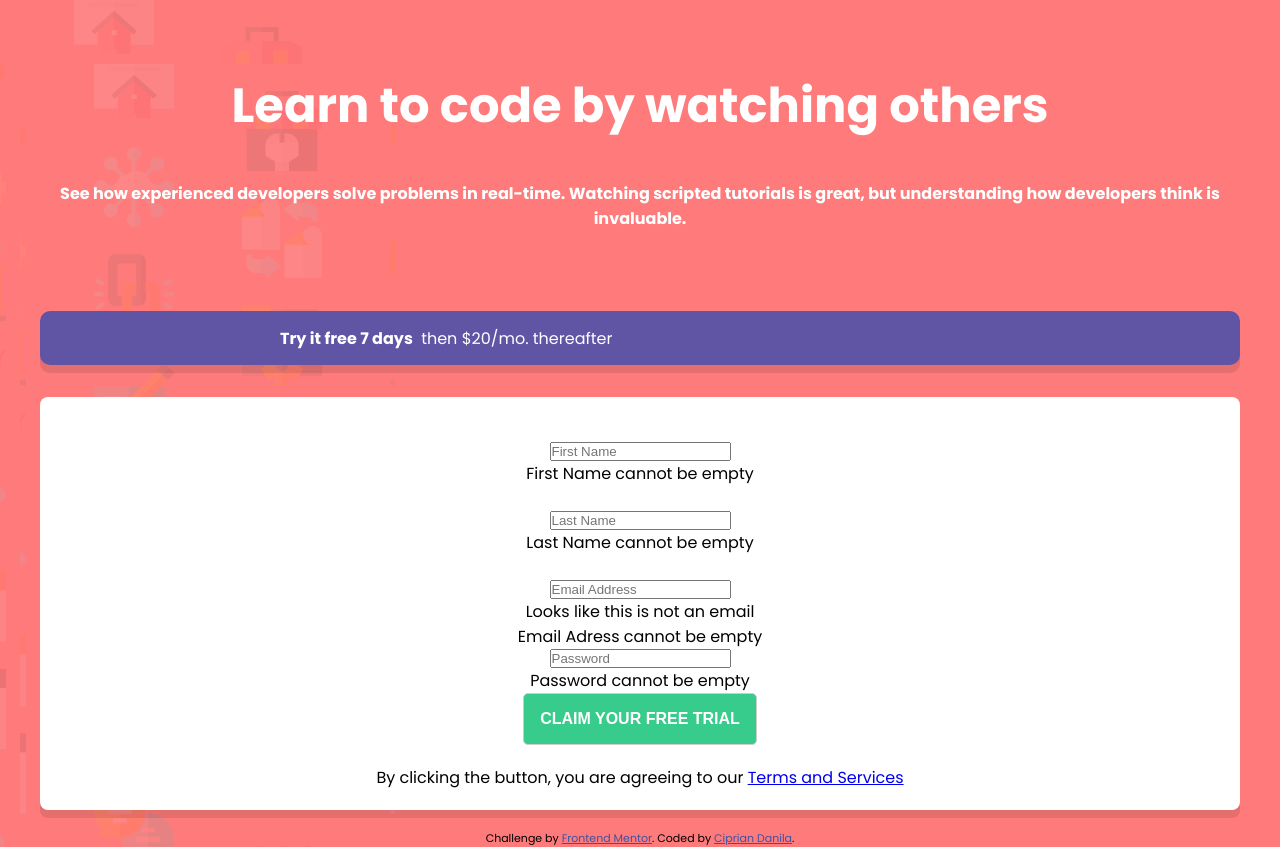
Repository: cipdanila/intro-component-with-sign-up-form
Page: index.html
These files come from the project's save history. The page is drawn as it stood at one moment and after the next save; the edit follows.
The browser window is 1280 px wide. The pictures show the whole page.

Above is the page before, as saved 2024-02-14 19:23:46.

### index.html
<!DOCTYPE html>
<html lang="en">
    <head>
        <meta charset="UTF-8" />
        <meta name="viewport" content="width=device-width, initial-scale=1.0" />
        <!-- displays site properly based on user's device -->

        <link rel="icon" type="image/png" sizes="32x32" href="./images/favicon-32x32.png" />
        <link rel="stylesheet" href="css/styles.css" />
        <title>Frontend Mentor | Intro component with sign up form</title>
    </head>
    <body>
        <main>
            <div class="container">
                <section class="container-info">
                    <h1 class="learn-title">Learn to code by watching others</h1>
                    <p class="intro">
                        See how experienced developers solve problems in real-time. Watching scripted tutorials is great, but
                        understanding how developers think is invaluable.
                    </p>
                </section>
                <section class="container-form">
                    <h2 class="price-title"><span>Try it free 7 days</span> then $20/mo. thereafter</h2>
                    <div class="form">
                        <form action="" class="register-form">
                            <label for="fname"> </label><br />
                            <input type="text" name="fname" id="fname" class="input-field" placeholder="First Name" required />
                            <span class="error-message" id="fname-error">First Name cannot be empty</span>
                            <label for="lname"> </label><br />
                            <input type="text" name="lname" id="lname" placeholder="Last Name" required />
                            <span class="error-message" id="lname-error">Last Name cannot be empty</span>
                            <label for="email"> </label><br />
                            <input type="email" name="email" id="email" placeholder="Email Address" required />
                            <span class="error-message" id="email-error">Looks like this is not an email</span>
                            <span class="error-message" id="email-error2">Email Adress cannot be empty</span>
                            <label for="password"></label>
                            <input type="password" name="password" id="password" placeholder="Password" required />
                            <span class="error-message" id="password-error">Password cannot be empty</span>
                            <button type="submit" id="login-button">Claim your free trial</button>
                            <p>By clicking the button, you are agreeing to our <a class="terms" href="#">Terms and Services</a></p>
                        </form>
                    </div>
                </section>
            </div>
        </main>

        <footer>
            <div class="attribution">
                Challenge by
                <a
                    href="https://www.frontendmentor.io/challenges/intro-component-with-signup-form-5cf91bd49edda32581d28fd1/hub"
                    target="_blank"
                    rel="noopener noreferer"
                    >Frontend Mentor</a
                >. Coded by <a href="https://github.com/cipdanila" target="_blank" rel="noopener noreferer">Ciprian Danila</a>.
            </div>
        </footer>
    </body>
</html>

### css/styles.css
@import url("https://fonts.googleapis.com/css2?family=Poppins:wght@400;500;600;700&display=swap");

:root {
    /* Colors */
    /* Primary */
    --red: hsl(0, 100%, 74%);
    --green: hsl(154, 59%, 51%);
    /* Accent */
    --blue: hsl(248, 32%, 49%);
    /* Neutral */
    --dark-blue: hsl(249, 10%, 26%);
    --grayish-blue: hsl(246, 25%, 77%);
    --white: #fff;
    /* Other variables */
    --font-size-base: 1rem; /* 16px */
    --font-weight-base: 400;
}

*,
*::after,
*::before {
    margin: 0;
    padding: 0;
    box-sizing: border-box;
}

body,
html {
    font-family: "Poppins", sans-serif;
    font-size: var(--font-size-base);
    font-weight: var(--font-weight-base);
    background: var(--red) url(/images/bg-intro-mobile.png) no-repeat;
    padding: 0 1.25rem;
}

.learn-title {
    font-size: 3rem;
    font-weight: 700;
    color: #fff;
    line-height: 3.3rem;
    padding: 1rem;
    margin-bottom: 1rem;
    margin-top: 4rem;
    text-align: center;
}

.intro {
    color: var(--white);
    padding: 1rem;
    font-weight: 700;
    margin-bottom: 4rem;
    text-align: center;
}

.price-title {
    font-size: 1rem;
    font-weight: 400;
    background-color: var(--blue);
    color: var(--white);
    box-shadow: rgba(0, 0, 0, 0.1) 0px 0.5rem;
    /* display: flex;*/
    align-items: center;
    /*justify-content: center; */
    padding: 0.928rem 20%;
    border-radius: 0.625rem;
    margin-bottom: 2rem;
}


.price-title > span {
    font-weight: 700;
    margin-right: 0.25rem;
}

.register-form {
    background-color: var(--white);
    padding: 1.25rem;
    border-radius: 0.5rem;
    box-shadow: rgba(0, 0, 0, 0.1) 0px 0.5rem;
    display: flex;
    flex-direction: column;
    align-items: center;
    justify-content: center;
}

.register-form button {
    background-color: var(--green);
    color: var(--white);
    cursor: pointer;
    padding: 1rem;
    margin-bottom: 1.200rem;
    border-radius: 0.313rem;
    border: 1px solid #ccc;
    font-size: 1rem;
    font-weight: 700;
    text-transform: uppercase;
}

footer {
    margin-top: 20px;
}

.attribution {
    font-size: 11px;
    text-align: center;
}

.attribution a {
    color: hsl(228, 45%, 44%);
}

/*
main {
    display: flex;
    justify-content: center;
    align-items: center;
    height: 100vh;
    background-color: var(--red);
    background-image: url("./images/bg-intro-desktop.png");
    background-size: cover;
    background-position: center;
    width: 100%;
}

.container {
    min-height: 100vh;
    display: flex;
    flex-direction: row;
    align-items: center;
    justify-content: center;
    padding: 5rem;
}

section {
    max-width: 100%;
    width: 50%;
    display: flex;
    flex-direction: column;
    align-items: center;
    justify-content: center;
    padding: 2rem;
}

input[type="text"],
input[type="email"],
input[type="password"] {
    width: calc(100% - 1.125rem);
    padding: 1.125rem;
    margin-bottom: 1.200rem;
    border-radius: 5px;
    border: 1px solid #ccc;
    color: var(--dark-blue);
    font-size: 1rem;
    font-weight: 700;
    text-indent: 0.75rem;
}

input {
    border-style: none;
    outline: none;
}

input:focus {
    border: 1px solid var(--blue);
}

.input-field {
    border: 1px solid var(--dark-blue);
}

.input-field.input-error {
    border-color: var(--red);
}

.input-field.input-error::after {
    content: "";
    position: absolute;
    top: 50%;
    right: 10px;
    transform: translateY(-50%);
    width: 10px;
    height: 10px;
    background-image: url(./images/icon-error.svg);
    background-size: contain;
    background-color: var(--red);
    border-radius: 50%;
}

.error-message {
    display: none;
    color: var(--red);
    font-size: 12px;
    margin-top: 5px;
}

.error-message.show {
    display: block;
}

button:hover {
    background-color: hsl(154, 59%, 68%);
    cursor: pointer;
}

form p {
    color: var(--grayish-blue);
    font-size: 0.7rem;
    font-weight: 700;
    letter-spacing: -0.016rem;
    display: flex;
    align-items: center;
    justify-content: center;
}

.terms {
    color: var(--red);
    padding-left: 4px;
    font-weight: 700;
}


/* @media (max-width: 650px) {
    main {
        height: auto;
    }
    .container {
        width: 100%;
        flex-direction: column;
        padding: 1rem;
    }
    section {
        width: 100%;
        padding: 1rem;
    }

    .learn {
        font-size: 1.6rem;
        line-height: normal;
        margin: 3rem;
        padding: 1rem;
    }
} */
/*
@media screen and (max-width: 768px) {
    .container {
        flex-direction: column;
        text-align: center;
        padding: 3rem;
    }

    section {
        width: 100%;
    }

    .container-form {
        margin-bottom: 5rem;
        margin-right: 0;
    }
} */

After the next save:
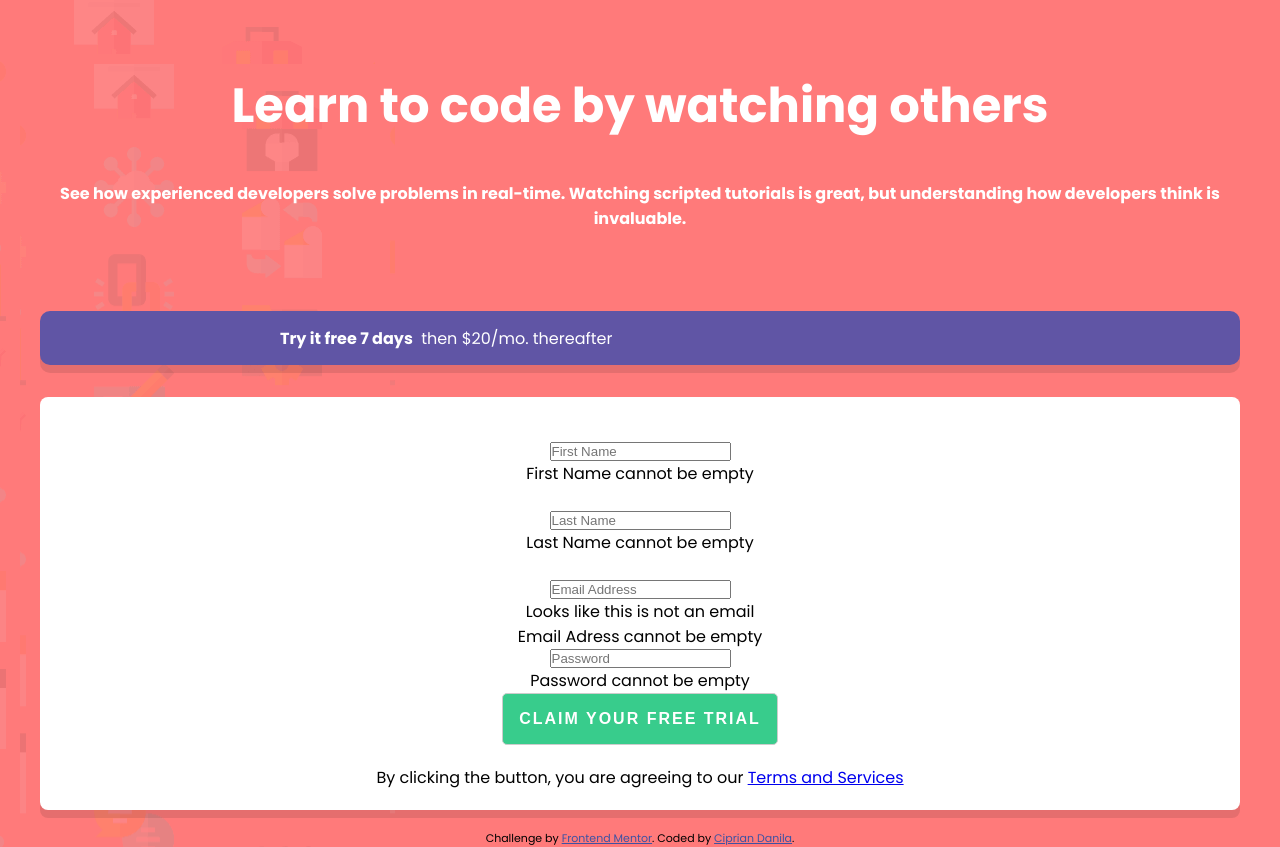
Saved 37 s later.
--- a/css/styles.css
+++ b/css/styles.css
@@ -93,6 +93,7 @@
     border: 1px solid #ccc;
     font-size: 1rem;
     font-weight: 700;
+    letter-spacing: 2px;
     text-transform: uppercase;
 }
 
